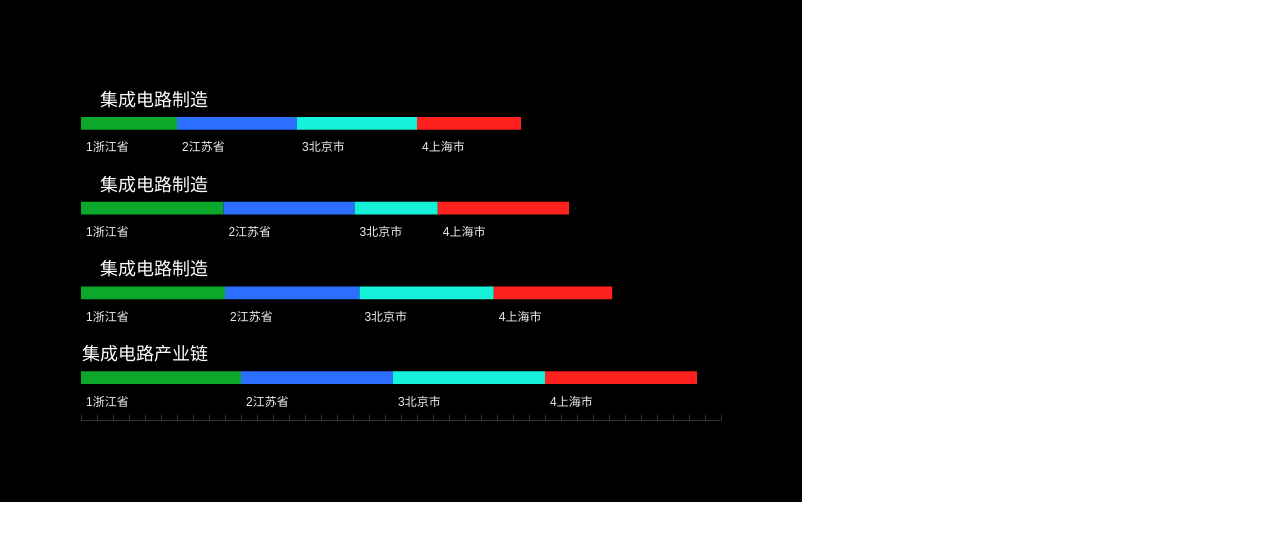
Repository: 572031690/echartproj
Page: /#/test
These files come from the project's save history. The page is drawn as it stood at one moment and after a run of saves; the edit follows.
The browser window is 1280 px wide. The pictures show the whole page.
The project was rebuilt for these pictures with package versions that can differ from the ones it lists, and the page was loaded fresh each time. Also part of the build but not shown: vue.config.js, src/components/Seller.vue, src/views/SellerPage.vue, src/utils/theme_utils.js, src/components/Trend.vue, src/views/TrendPage.vue, src/utils/map_utils.js, src/components/Map.vue and 9 more.

Above is the page before, as saved 2021-08-03 12:48:44.

### public/index.html
<!DOCTYPE html>
<html lang="en">
  <head>
    <meta charset="utf-8">
    <meta http-equiv="X-UA-Compatible" content="IE=edge">
    <meta name="viewport" content="width=device-width,initial-scale=1.0">
    <link rel="icon" href="<%= BASE_URL %>favicon.ico">
    <title><%= htmlWebpackPlugin.options.title %></title>
  </head>
  <body>
    <noscript>
      <strong>We're sorry but <%= htmlWebpackPlugin.options.title %> doesn't work properly without JavaScript enabled. Please enable it to continue.</strong>
    </noscript>
    <div id="app"></div>
    <!-- built files will be auto injected -->
    <!-- 一旦通过script标签引入的echarts.js的文件之后呢, window.echarts -->
    <script src="static/lib/echarts.min.js"></script>
    <!-- 引入主题的js文件 -->
    <script src="static/theme/chalk.js"></script>
    <script src="static/theme/vintage.js"></script>
  </body>
</html>

### src/main.js
import Vue from 'vue'
import App from './App.vue'
import router from './router'
import store from './store'
// 引入字体的文件
import './assets/font/iconfont.css'
// 引入全局的样式文件
import './assets/css/global.less'
import axios from 'axios'
import SocketService from './utils/socket_service'

// 调用socket **********
// import SocketService from '@/utils/socket_service'
// 对服务端进行webSocket连接 *********
// SocketService.Instance.connect()
// Vue.prototype.$socket = SocketService.Instance

// 请求基准路径的配置
axios.defaults.baseURL = 'http://127.0.0.1:8888/api/'
// 将axios挂载到Vue的原型对象上
// 在别的组件中 this.$http
Vue.prototype.$http = axios

// 将全局的echarts对象挂载到Vue的原型对象上
// 别的组件中 this.$echarts
Vue.prototype.$echarts = window.echarts

Vue.config.productionTip = false

new Vue({
  router,
  store,
  render: h => h(App)
}).$mount('#app')

### src/App.vue
<template>
  <div id="app">
    <!-- 路由占位符 -->
    <router-view></router-view>
  </div>
</template>

<style lang="less">

</style>

### src/router/index.js
import Vue from 'vue'
import VueRouter from 'vue-router'
import SellerPage from '@/views/SellerPage'
import TrendPage from '@/views/TrendPage'
import MapPage from '@/views/MapPage'
import RankPage from '@/views/RankPage'
import HotPage from '@/views/HotPage'
import StockPage from '@/views/StockPage'
import Test from '../components/Test.vue'
import ScreenPage from '@/views/ScreenPage'

Vue.use(VueRouter)

const routes = [
  {
    path: '/',
    redirect: '/screen'
  },
  {
    path: '/screen',
    component: ScreenPage
  },
  {
    path: '/sellerpage',
    component: SellerPage
  },
  {
    path: '/trendpage',
    component: TrendPage
  },
  {
    path: '/mappage',
    component: MapPage
  },
  {
    path: '/rankpage',
    component: RankPage
  },
  {
    path: '/hotpage',
    component: HotPage
  },
  {
    path: '/stockpage',
    component: StockPage
  },
  {
    path: '/test',
    component: Test
  }

]

const router = new VueRouter({
  routes
})

export default router

### src/store/index.js
import Vue from 'vue'
import Vuex from 'vuex'

Vue.use(Vuex)

export default new Vuex.Store({
  state: {
    theme: 'chalk'
  },
  mutations: {
    changeTheme (state) {
      if(state.theme === 'chalk'){
        state.theme = 'vintage'
      }else{
        state.theme = 'chalk'
      }
    }
  },
  actions: {
  },
  modules: {
  }
})

### src/assets/css/global.less
html, body, #app {
  width: 100%;
  height: 100%;
  padding: 0;
  margin: 0;
  overflow: hidden;
}

.com-page {
  width: 100%;
  height: 100%;
  overflow: hidden;
}

.com-container {
  width: 100%;
  height: 100%;
  overflow: hidden;
  position: relative;
}

.com-chart {
  width: 100%;
  height: 100%;
  overflow: hidden;
}

canvas {
  border-radius: 20px;
}

/*无法选中图片文字方法*/
span,div,img{
  user-select:none;
}

### src/utils/socket_service.js
export default class SocketService {
    // 单例的设计模式
    //如果别人通过get Instance 来的到我的实例对象 那我只会给他返回同一个实例对象
    static instance = null
    static get Instance() {
        if (!this.instance) {
            this.instance = new SocketService()
        }
        return this.instance
    }

    //和服务端连接的socket对象
    ws = null
    //存储回调函数
    callBackMapping = {}
    //定义连接服务器的方法
    connect() {
        //连接服务器
        if (!window.WebSocket) {
            return console.log('你的浏览器不支持WebSocket');
        }
        this.ws = new WebSocket('ws://localhost:9998')

        //连接服务端成功
        this.ws.onopen = () => {
            console.log('连接服务端成功');
        }
        //连接服务端失败
        this.ws.onclose = () => {
            console.log('连接服务端失败');
        }
        //得到服务端发送过来的数据
        this.ws.onmessage = msg => {
            console.log('从服务端获取数据');
            //得到的数据在msg的data里面
            // console.log(msg.data);
            const recvData = JSON.parse(msg.data)
            const socketType = recvData.socketType
            //判断回调函数是否存在
            if(this.callBackMapping[socketType]){
                const action = recvData.action
                if(action === 'getData') {
                    const realData = JSON.parse(recvData.data)
                    this.callBackMapping[socketType]
                }else if( action === 'fullScreen') {

                }else if(action === 'themeChange') {

                }
            }
        }
    }
    //回调函数的注册
    registerCallBack(socketType, callBack) {
        this.callBackMapping[socketType] = callBack
    }
    //取消某一个回调函数
    unRegisterCallBack(socketType) {
        this.callBackMapping[socketType] = null
    }

}

### src/components/Test.vue
<template>
  <div class="line-chart" ref="mybar">
    123
  </div>
</template>

<script>
export default {
  mounted() {
    this.getData()
    this.initChart()
  },
  data() {
    return {
      chartInstance: null,
      seriesData: [100, 120, 140, 90, 90, 80],
      barChart: {
        xAxisData: ['类别1', '类别2', '类别3', '类别4'],
        dataList: []
      },

      chartData1: [
        { rank: 1, name: '浙江省', value: 100 },
        { rank: 1, name: '江苏省', value: 90 },
        { rank: 1, name: '北京市', value: 89 },
        { rank: 1, name: '上海市', value: 60 }
      ],
      chartData2: [
        { rank: 2, name: '浙江省', value: 95 },
        { rank: 2, name: '江苏省', value: 84 },
        { rank: 2, name: '北京市', value: 82 },
        { rank: 2, name: '上海市', value: 75 }

      ],
      chartData3: [
        { rank: 3, name: '浙江省', value: 95 },
        { rank: 3, name: '江苏省', value: 84 },
        { rank: 3, name: '北京市', value: 52 },
        { rank: 3, name: '上海市', value: 75 }

      ],
      chartData4: [
        { rank: 4, name: '浙江省', value: 95 },
        { rank: 4, name: '江苏省', value: 74 },
        { rank: 4, name: '北京市', value: 82 },
        { rank: 4, name: '上海市', value: 65 }

      ],
      chartData5: [
        { rank: 5, name: '浙江省', value: 85.5 },
        { rank: 5, name: '江苏省', value: 44 },
        { rank: 5, name: '北京市', value: 72 },
        { rank: 5, name: '上海市', value: 75 }

      ],
      yAxisData: ['集成电路产业链', '集成电路制造', '集成电路制造', '集成电路制造']
    }
  },
  methods: {
    initChart() {
      const colorArr1 = [
        'rgba(11, 168, 44)',
        'rgba(44, 110, 255)',
        'rgba(22, 242, 217)',
        'rgba(254, 33, 30)',
        'rgba(250, 105, 0)'
      ]
      const ChartsData = [
        {
          name: '第一列',
          data: this.chartData1
        },
        {
          name: '第一列',
          data: this.chartData2
        },
        {
          name: '第一列',
          data: this.chartData3
        },
        {
          name: '第一列',
          data: this.chartData4
        },
        {
          name: '第一列',
          data: this.chartData5
        }
      ]
      var serises = ChartsData.map((item, index) => {
        if (item.data[index]) {
          return {
            name: item.data[index].name,
            stack: '类1',
            barWidth: '15%', // 宽度
            itemStyle: {
              color: arg => {
                return colorArr1[arg.componentIndex]
              },
              emphasis: { // 鼠标悬浮后的样式变化
                borderWidth: 5,
                borderType: 'solid',
                color: colorArr1[index],
                borderColor: colorArr1[index]
              }
            },
            data: [item.data[0].value, item.data[1].value, item.data[2].value, item.data[3].value],
            type: 'bar',
            label: {
              show: true,
              position: [5, 25],
              textStyle: {
                color: '#eee',
                fontSize: 12
              },
              fontWeight: 100, // 设置下面文字粗细
              formatter: arg => {
                return arg.seriesIndex + 1 + '' + item.data[index].name
              }
            }
          }
        }
      })
      // console.log(serises)
      const chartInstance = this.$echarts.init(this.$refs.mybar)
      const option = {
        tooltip: { // 设置鼠标悬浮提示框
          formatter: arg => {
            console.log(arg, '1111111111')
            return arg.seriesName + ' ' + arg.value
          },
          backgroundColor: '#343c55',
          borderColor: '#3c455a'
        },
        grid: [
          {
            top: 80,
            bottom: 81
          }
        ],
        xAxis: [
          {
            type: 'value',
            // gridIndex: 0,
            axisLabel: {
              // 刻度标签文字
              show: false
            },
            splitLine: {
              show: false
              // x轴横线

            },
            axisLine: {
              // 设置轴线
              show: true
            },
            axisTick: {
              show: true, // 是否显示坐标轴刻度。
              inside: true, // 让坐标轴刻度朝内 默认是false朝外
              length: 5 // 坐标轴刻度线的长度。
            },
            interval: 10 // 强制设置坐标轴刻度间隔值
          }
        ],
        yAxis: [
          {
            type: 'category',
            data: this.yAxisData,
            // gridIndex: 0, // x 轴所在的 grid 的索引，默认位于第一个 grid。
            axisLabel: {
              color: '#fff', // 刻度标签文字的颜色
              padding: [0, 0, 45, 0], // 设置轴文字上下偏移
              textStyle: {
                fontSize: 18
              }
            },
            offset: -135, // 设置x轴的偏移 -92是向上 但是得配合onZero: false,使用 不然负数不会生效
            axisLine: {
              onZero: false,
              // 设置轴线
              show: false
            },
            axisTick: {
              show: false // 是否显示坐标轴刻度。
            }
          }
        ],
        series: serises
      }
      chartInstance.setOption(option)
    },
    getData() {
      let sum = 0
      this.seriesData.forEach(item => (sum += item))
      const aver = sum / this.seriesData.length
      // console.log(aver)
      this.barChart.dataList[0] = this.seriesData.map(item => {
        if (item > aver) return item - aver
        else return 0
      })
      this.barChart.dataList[1] = this.seriesData.map(item => {
        if (item > aver) return aver
        else return item
      })
      // console.log(this.barChart.dataList)
    }
  }
}
</script>

<style>
.line-chart {
  width: 800px;
  height: 500px;
  border: 1px solid black;
  background: #000;
}
</style>

### public/static/theme/vintage.js
(function (root, factory) {
    if (typeof define === 'function' && define.amd) {
        // AMD. Register as an anonymous module.
        define(['exports', 'echarts'], factory);
    } else if (typeof exports === 'object' && typeof exports.nodeName !== 'string') {
        // CommonJS
        factory(exports, require('echarts'));
    } else {
        // Browser globals
        factory({}, root.echarts);
    }
}(this, function (exports, echarts) {
    var log = function (msg) {
        if (typeof console !== 'undefined') {
            console && console.error && console.error(msg);
        }
    };
    if (!echarts) {
        log('ECharts is not Loaded');
        return;
    }
    echarts.registerTheme('vintage', {
        "color": [
            '#0ba82c',
            '#2c6eff',
            '#16f2d9',
            '#fe211e',
            '#fa6900',
            "#eedd78",
            "#73a373",
            "#73b9bc",
            "#7289ab",
            "#91ca8c",
            "#f49f42"
        ],
        "backgroundColor": "#ffffff",
        "textStyle": {},
        "title": {
            "textStyle": {
                "color": "#333333"
            },
            "subtextStyle": {
                "color": "#aaa"
            }
        },
        "line": {
            "itemStyle": {
                "normal": {
                    "borderWidth": "4"
                }
            },
            "lineStyle": {
                "normal": {
                    "width": "3"
                }
            },
            "symbolSize": "0",
            "symbol": "circle",
            "smooth": true
        },
        "radar": {
            "itemStyle": {
                "normal": {
                    "borderWidth": 1
                }
            },
            "lineStyle": {
                "normal": {
                    "width": 2
                }
            },
            "symbolSize": 4,
            "symbol": "emptyCircle",
            "smooth": false
        },
        "bar": {
            "itemStyle": {
                "normal": {
                    "barBorderWidth": 0,
                    "barBorderColor": "#ccc"
                },
                "emphasis": {
                    "barBorderWidth": 0,
                    "barBorderColor": "#ccc"
                }
            }
        },
        "pie": {
            "itemStyle": {
                "normal": {
                    "borderWidth": 0,
                    "borderColor": "#ccc"
                },
                "emphasis": {
                    "borderWidth": 0,
                    "borderColor": "#ccc"
                }
            }
        },
        "scatter": {
            "itemStyle": {
                "normal": {
                    "borderWidth": 0,
                    "borderColor": "#ccc"
                },
                "emphasis": {
                    "borderWidth": 0,
                    "borderColor": "#ccc"
                }
            }
        },
        "boxplot": {
            "itemStyle": {
                "normal": {
                    "borderWidth": 0,
                    "borderColor": "#ccc"
                },
                "emphasis": {
                    "borderWidth": 0,
                    "borderColor": "#ccc"
                }
            }
        },
        "parallel": {
            "itemStyle": {
                "normal": {
                    "borderWidth": 0,
                    "borderColor": "#ccc"
                },
                "emphasis": {
                    "borderWidth": 0,
                    "borderColor": "#ccc"
                }
            }
        },
        "sankey": {
            "itemStyle": {
                "normal": {
                    "borderWidth": 0,
                    "borderColor": "#ccc"
                },
                "emphasis": {
                    "borderWidth": 0,
                    "borderColor": "#ccc"
                }
            }
        },
        "funnel": {
            "itemStyle": {
                "normal": {
                    "borderWidth": 0,
                    "borderColor": "#ccc"
                },
                "emphasis": {
                    "borderWidth": 0,
                    "borderColor": "#ccc"
                }
            }
        },
        "gauge": {
            "itemStyle": {
                "normal": {
                    "borderWidth": 0,
                    "borderColor": "#ccc"
                },
                "emphasis": {
                    "borderWidth": 0,
                    "borderColor": "#ccc"
                }
            }
        },
        "candlestick": {
            "itemStyle": {
                "normal": {
                    "color": "#c23531",
                    "color0": "#314656",
                    "borderColor": "#c23531",
                    "borderColor0": "#314656",
                    "borderWidth": 1
                }
            }
        },
        "graph": {
            "itemStyle": {
                "normal": {
                    "borderWidth": 0,
                    "borderColor": "#ccc"
                }
            },
            "lineStyle": {
                "normal": {
                    "width": 1,
                    "color": "#aaa"
                }
            },
            "symbolSize": 4,
            "symbol": "emptyCircle",
            "smooth": false,
            "color": [
                "#d87c7c",
                "#919e8b",
                "#d7ab82",
                "#6e7074",
                "#61a0a8",
                "#efa18d",
                "#787464",
                "#cc7e63",
                "#724e58",
                "#4b565b"
            ],
            "label": {
                "normal": {
                    "textStyle": {
                        "color": "#eee"
                    }
                }
            }
        },
        "map": {
            "itemStyle": {
                "normal": {
                    "areaColor": "#eeeeee",
                    "borderColor": "#444444",
                    "borderWidth": 0.5
                },
                "emphasis": {
                    "areaColor": "rgba(255,215,0,0.8)",
                    "borderColor": "#444444",
                    "borderWidth": 1
                }
            },
            "label": {
                "normal": {
                    "textStyle": {
                        "color": "#000000"
                    }
                },
                "emphasis": {
                    "textStyle": {
                        "color": "rgb(100,0,0)"
                    }
                }
            }
        },
        "geo": {
            "itemStyle": {
                "normal": {
                    "areaColor": "#eeeeee",
                    "borderColor": "#444444",
                    "borderWidth": 0.5
                },
                "emphasis": {
                    "areaColor": "rgba(255,215,0,0.8)",
                    "borderColor": "#444444",
                    "borderWidth": 1
                }
            },
            "label": {
                "normal": {
                    "textStyle": {
                        "color": "#000000"
                    }
                },
                "emphasis": {
                    "textStyle": {
                        "color": "rgb(100,0,0)"
                    }
                }
            }
        },
        "categoryAxis": {
            "axisLine": {
                "show": true,
                "lineStyle": {
                    "color": "#333"
                }
            },
            "axisTick": {
                "show": true,
                "lineStyle": {
                    "color": "#333"
                }
            },
            "axisLabel": {
                "show": true,
                "textStyle": {
                    "color": "#999"
                }
            },
            "splitLine": {
                "show": false,
                "lineStyle": {
                    "color": [
                        "#ccc"
                    ]
                }
            },
            "splitArea": {
                "show": false,
                "areaStyle": {
                    "color": [
                        "rgba(250,250,250,0.3)",
                        "rgba(200,200,200,0.3)"
                    ]
                }
            }
        },
        "valueAxis": {
            "axisLine": {
                "show": true,
                "lineStyle": {
                    "color": "#666666"
                }
            },
            "axisTick": {
                "show": false,
                "lineStyle": {
                    "color": "#333"
                }
            },
            "axisLabel": {
                "show": true,
                "textStyle": {
                    "color": "#aaaaaa"
                }
            },
            "splitLine": {
                "show": false,
                "lineStyle": {
                    "color": [
                        "#e6e6e6"
                    ]
                }
            },
            "splitArea": {
                "show": false,
                "areaStyle": {
                    "color": [
                        "rgba(250,250,250,0.05)",
                        "rgba(200,200,200,0.02)"
                    ]
                }
            }
        },
        "logAxis": {
            "axisLine": {
                "show": true,
                "lineStyle": {
                    "color": "#333"
                }
            },
            "axisTick": {
                "show": true,
                "lineStyle": {
                    "color": "#333"
                }
            },
            "axisLabel": {
                "show": true,
                "textStyle": {
                    "color": "#333"
                }
            },
            "splitLine": {
                "show": true,
                "lineStyle": {
                    "color": [
                        "#ccc"
                    ]
                }
            },
            "splitArea": {
                "show": false,
                "areaStyle": {
                    "color": [
                        "rgba(250,250,250,0.3)",
                        "rgba(200,200,200,0.3)"
                    ]
                }
            }
        },
        "timeAxis": {
            "axisLine": {
                "show": true,
                "lineStyle": {
                    "color": "#333"
                }
            },
            "axisTick": {
                "show": true,
                "lineStyle": {
                    "color": "#333"
                }
            },
            "axisLabel": {
                "show": true,
                "textStyle": {
                    "color": "#333"
                }
            },
            "splitLine": {
                "show": true,
                "lineStyle": {
                    "color": [
                        "#ccc"
                    ]
                }
            },
            "splitArea": {
                "show": false,
                "areaStyle": {
                    "color": [
                        "rgba(250,250,250,0.3)",
                        "rgba(200,200,200,0.3)"
                    ]
                }
            }
        },
        "toolbox": {
            "iconStyle": {
                "normal": {
                    "borderColor": "#999999"
                },
                "emphasis": {
                    "borderColor": "#666666"
                }
            }
        },
        "legend": {
            "textStyle": {
                "color": "#333333"
            }
        },
        "tooltip": {
            "axisPointer": {
                "lineStyle": {
                    "color": "#cccccc",
                    "width": 1
                },
                "crossStyle": {
                    "color": "#cccccc",
                    "width": 1
                }
            }
        },
        "timeline": {
            "lineStyle": {
                "color": "#293c55",
                "width": 1
            },
            "itemStyle": {
                "normal": {
                    "color": "#293c55",
                    "borderWidth": 1
                },
                "emphasis": {
                    "color": "#a9334c"
                }
            },
            "controlStyle": {
                "normal": {
                    "color": "#293c55",
                    "borderColor": "#293c55",
                    "borderWidth": 0.5
                },
                "emphasis": {
                    "color": "#293c55",
                    "borderColor": "#293c55",
                    "borderWidth": 0.5
                }
            },
            "checkpointStyle": {
                "color": "#e43c59",
                "borderColor": "rgba(194,53,49,0.5)"
            },
            "label": {
                "normal": {
                    "textStyle": {
                        "color": "#293c55"
                    }
                },
                "emphasis": {
                    "textStyle": {
                        "color": "#293c55"
                    }
                }
            }
        },
        "visualMap": {
            "color": [
                "#bf444c",
                "#d88273",
                "#f6efa6"
            ]
        },
        "dataZoom": {
            "backgroundColor": "rgba(47,69,84,0)",
            "dataBackgroundColor": "rgba(47,69,84,0.3)",
            "fillerColor": "rgba(167,183,204,0.4)",
            "handleColor": "#a7b7cc",
            "handleSize": "100%",
            "textStyle": {
                "color": "#333333"
            }
        },
        "markPoint": {
            "label": {
                "normal": {
                    "textStyle": {
                        "color": "#eee"
                    }
                },
                "emphasis": {
                    "textStyle": {
                        "color": "#eee"
                    }
                }
            }
        }
    });
}));

Loaded but not shown: src/assets/font/iconfont.css (common file); public/static/lib/echarts.min.js (library); public/static/theme/chalk.js (521 lines, source omitted)

After the next 2 saves:
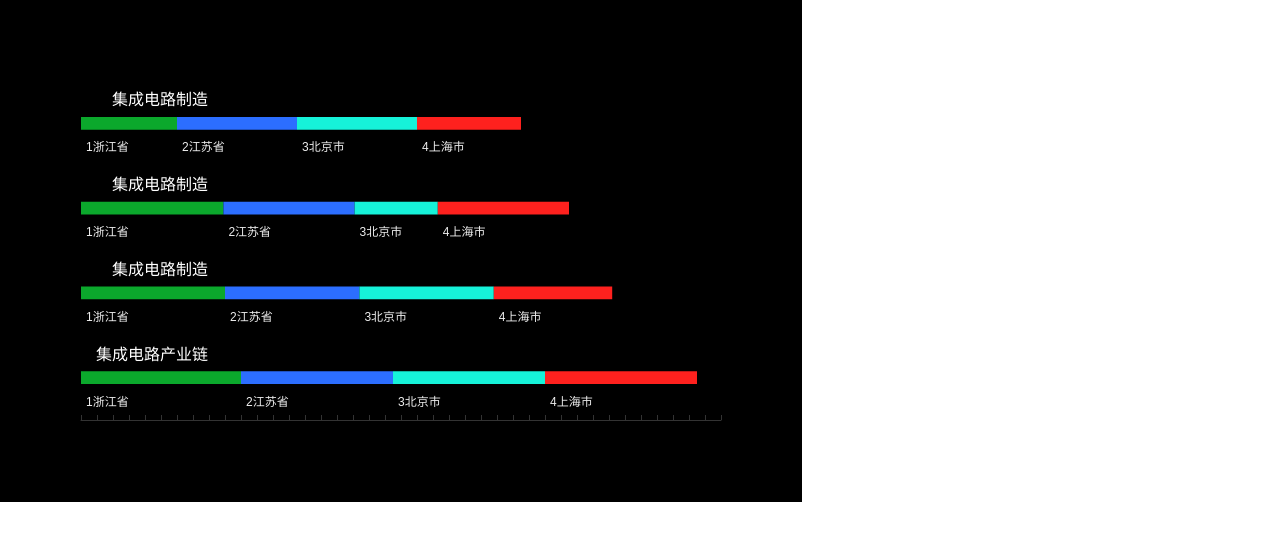
The 2 saves are shown as one change because they came seconds apart.
The last was saved 26 s later.
--- a/src/components/Test.vue
+++ b/src/components/Test.vue
@@ -172,7 +172,7 @@ export default {
               color: '#fff', // 刻度标签文字的颜色
               padding: [0, 0, 45, 0], // 设置轴文字上下偏移
               textStyle: {
-                fontSize: 18
+                fontSize: 16
               }
             },
             offset: -135, // 设置x轴的偏移 -92是向上 但是得配合onZero: false,使用 不然负数不会生效
